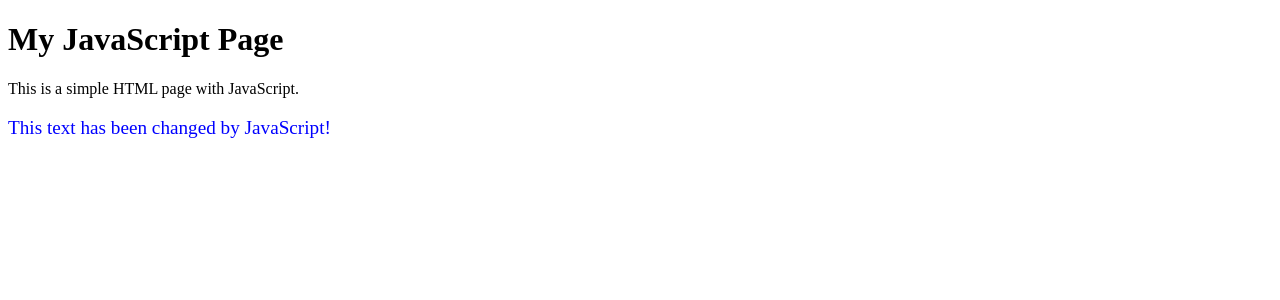
Repository: ruzni-dev/My-Practice
Page: 11.1-javaScript/index.html
An editor plug-in stored every save of this project. The page is shown before and after the next save, followed by the edit.
The browser window is 1280 px wide. The pictures show the whole page.

Above is the page before, as saved 2026-06-08 21:05:46.

### 11.1-javaScript/index.html
<!DOCTYPE html>
<html lang="en">
<head>
    <meta charset="UTF-8">
    <meta name="viewport" content="width=device-width, initial-scale=1.0">
    <title>Document</title>
</head>
<body>
    <h1>My JavaScript Page</h1>
    <p>This is a simple HTML page with JavaScript.</p>
    <p class="class-1">Open the console to see the message from JavaScript.</p>

    <script>
        // This is a JavaScript comment
        console.log("Hello, World!");
        // You can also manipulate the DOM
        const element = document.querySelector('.class-1');
        element.style.color = "blue";
        element.style.fontSize = "1.2em";
        element.textContent = "This text has been changed by JavaScript!";
    </script>
</body>
</html>

After the next save:
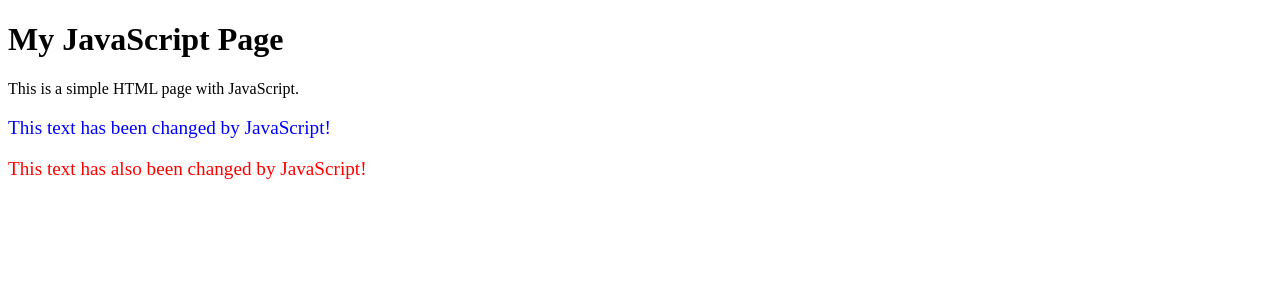
Saved 21 h 47 min later.
--- a/11.1-javaScript/index.html
+++ b/11.1-javaScript/index.html
@@ -9,6 +9,7 @@
     <h1>My JavaScript Page</h1>
     <p>This is a simple HTML page with JavaScript.</p>
     <p class="class-1">Open the console to see the message from JavaScript.</p>
+    <p id="paragraph-2">This is another paragraph.</p>
 
     <script>
         // This is a JavaScript comment
@@ -18,6 +19,9 @@
         element.style.color = "blue";
         element.style.fontSize = "1.2em";
         element.textContent = "This text has been changed by JavaScript!";
+        document.getElementById('paragraph-2').style.color = "red";
+        document.getElementById('paragraph-2').style.fontSize = "1.2em";
+        document.getElementById('paragraph-2').textContent = "This text has also been changed by JavaScript!";
     </script>
 </body>
 </html>
